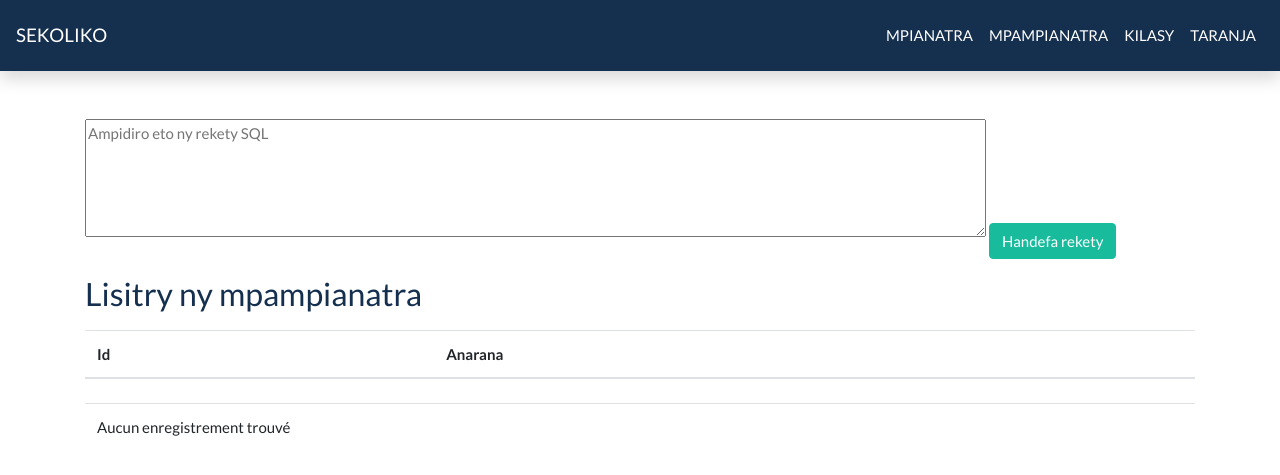
Repository: niainamahefa/j2ee-sekoliko
Page: http://localhost/Ecole/professeur
These files come from the project's save history. The page is drawn as it stood at one moment and after the next save; the edit follows.
The browser window is 1280 px wide. The pictures show the whole page.
The page is served by Tomcat 9. Other server files are loaded and not shown.

Above is the page before, as saved 2021-02-04 20:28:54.

### Ecole/WebContent/WEB-INF/professeur.jsp
<%@ page language="java" contentType="text/html; charset=ISO-8859-1"
    pageEncoding="ISO-8859-1"%>
<!DOCTYPE html>
<html>
<head>
<meta charset="ISO-8859-1">
<title>Sekoliko</title>
    <!-- Bootstrap core CSS -->
	<link href="./assets/css/bootstrap.min.css" rel="stylesheet">
</head>
<body>
	<nav class="navbar navbar-expand-lg  navbar-dark  bg-primary  shadow container-fluid">

            <a class="navbar-brand lnav" href="#" data-scroll="acceuill">SEKOLIKO</a>
            <div class="collapse navbar-collapse " id="navbarNav">
                <ul class="navbar-nav ml-auto">
                  <li class="nav-item">
                    <a class="nav-link lnav" href="accueil" data-scroll="acceuill"><i class="fas fa-home "></i> MPIANATRA <span class="sr-only">(current)</span></a>
                </li>
                <li class="nav-item">
                    <a class="nav-link lnav" href="professeur" data-scroll="produit"><i class="fab fa-product-hunt"></i> MPAMPIANATRA</a>
                </li>
                <li class="nav-item">
                        <a class="nav-link lnav" href="classe" data-scroll="inscription"><i class ="fa fa-edit"></i> KILASY</a>
                    </li>
                <li class="nav-item">
                    <a class="nav-link lnav" href="matiere" data-scroll="contact"><i class ="fa fa-envelope"></i> TARANJA</a>
                </li>
            </ul>
        </div>
    </nav>

    <div class="container mt-5">
    	<textarea name="" id="" cols="110" rows="5" placeholder="Ampidiro eto ny rekety SQL"></textarea>
		<button class="btn btn-success mt-3" type="submit"> Handefa rekety
        </button>
    	<table class="table mt-3 " id="table_charge">
    	<h3 class="text-primary mt-3">Lisitry ny mpampianatra </h3>
                    <thead>
                        <tr>
                            <th>Id</th>
                            <th>Anarana</th>
                        </tr>
                    </thead>
                    <tbody>

                            <tr>
                                <td></td>
                                <td></td>
                            </tr>

                            <tr>
                                <td colspan="3">Aucun enregistrement trouvé</td>
                            </tr>

                    </tbody>
                </table>
    </div>

</body>
</html>

### Ecole/src/com/ecole/servlet/ProfesseurServlet.java
package com.ecole.servlet;

import java.io.IOException;
import javax.servlet.ServletException;
import javax.servlet.annotation.WebServlet;
import javax.servlet.http.HttpServlet;
import javax.servlet.http.HttpServletRequest;
import javax.servlet.http.HttpServletResponse;

/**
 * Servlet implementation class EnseignantServlet
 */
@WebServlet("/EnseignantServlet")
public class ProfesseurServlet extends HttpServlet {
	private static final long serialVersionUID = 1L;

    /**
     * @see HttpServlet#HttpServlet()
     */
    public ProfesseurServlet() {
        super();
        // TODO Auto-generated constructor stub
    }

	/**
	 * @see HttpServlet#doGet(HttpServletRequest request, HttpServletResponse response)
	 */
	protected void doGet(HttpServletRequest request, HttpServletResponse response) throws ServletException, IOException {
		// TODO Auto-generated method stub
		response.getWriter().append("Served at: ").append(request.getContextPath());
		request.getRequestDispatcher("/WEB-INF/professeur.jsp").forward(request, response);
	}

	/**
	 * @see HttpServlet#doPost(HttpServletRequest request, HttpServletResponse response)
	 */
	protected void doPost(HttpServletRequest request, HttpServletResponse response) throws ServletException, IOException {
		// TODO Auto-generated method stub
		doGet(request, response);
	}

}

Loaded but not shown: Ecole/WebContent/assets/css/bootstrap.min.css (library)

After the next save:
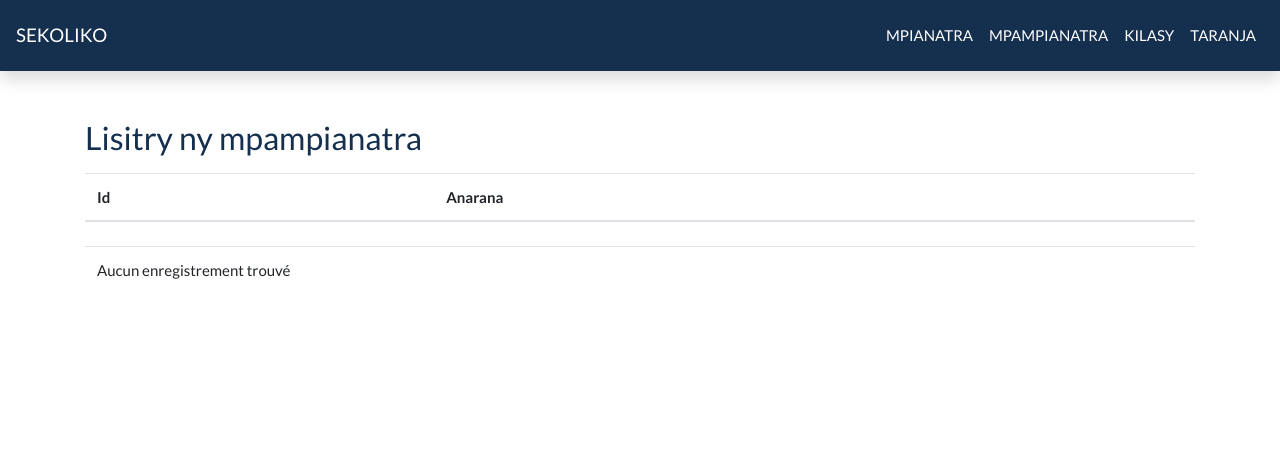
Saved 71 s later.
--- a/Ecole/WebContent/WEB-INF/professeur.jsp
+++ b/Ecole/WebContent/WEB-INF/professeur.jsp
@@ -31,9 +31,7 @@
     </nav>
 
     <div class="container mt-5">
-    	<textarea name="" id="" cols="110" rows="5" placeholder="Ampidiro eto ny rekety SQL"></textarea>
-		<button class="btn btn-success mt-3" type="submit"> Handefa rekety
-        </button>
+
     	<table class="table mt-3 " id="table_charge">
     	<h3 class="text-primary mt-3">Lisitry ny mpampianatra </h3>
                     <thead>
